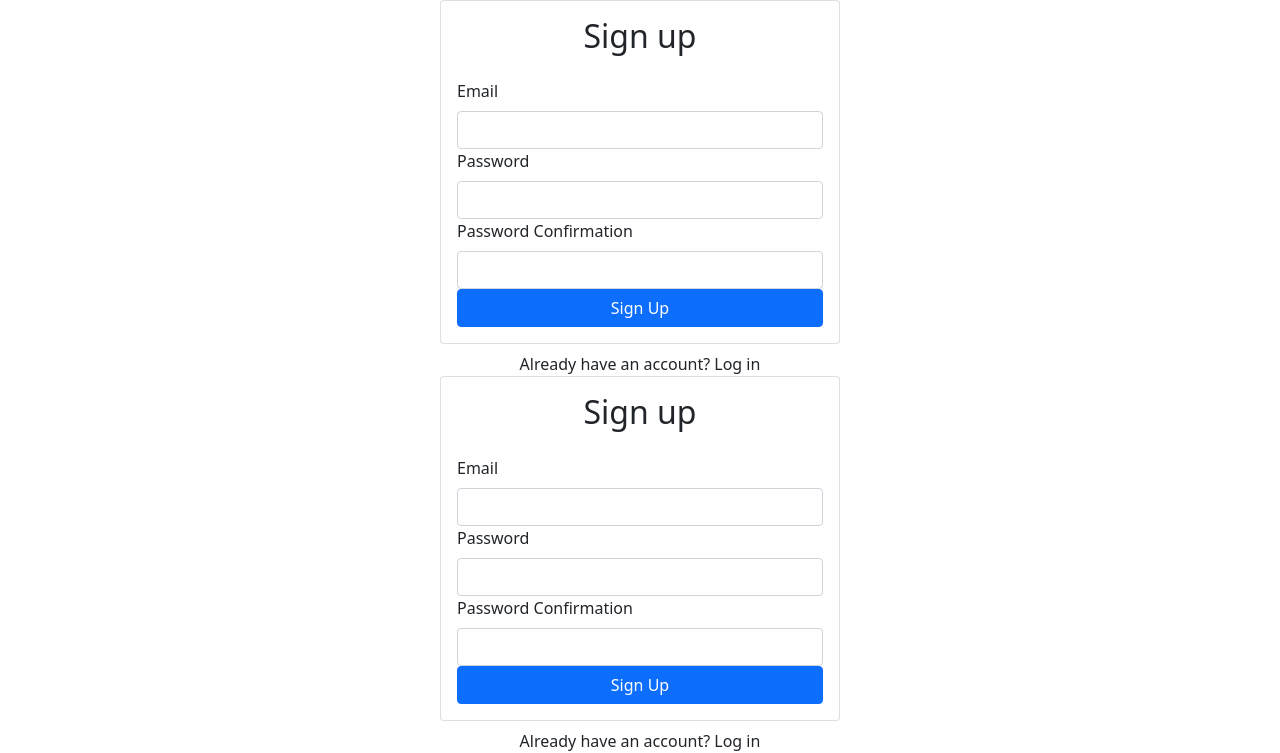
Repository: RickLeinecker/CompositionToday
Page: /login (app in frontend/)
The author's editor kept a copy of each file at every save. The page is drawn from the files as they stood at one save, then again after a run of saves.
The browser window is 1280 px wide. The pictures show the whole page.
The project was rebuilt for these pictures with package versions that can differ from the ones it lists, and the page was loaded fresh each time. Also part of the build but not shown: frontend/src/Dashboard.tsx.

Above is the page before, as saved 2021-11-03 14:12:42.

### frontend/src/App.tsx
import Signup from './Signup'
import "bootstrap/dist/css/bootstrap.min.css";
import { Container } from 'react-bootstrap';
import { AuthProvider } from './contexts/AuthContext';
import { BrowserRouter as Router, Switch, Route} from 'react-router-dom'
import Dashboard from './Dashboard';
import Login from './Login';

function App() {
  return(
    <Container className="d-flex align-items-center
    justify-content-center" style = {{minHeight:"100vh"}}>
      <div className="w-100" style={{maxWidth:"400px"}}>
        <Router>
          <AuthProvider>
            <Switch>
              <Route exact path="/" component={Dashboard}/>
              <Route path="/signup" component={Signup}/>
              <Route path="/login" component={Login}/>
            </Switch>
          </AuthProvider>
        </Router>
        <Signup/>
      </div>
    </Container>
  )
}

export default App

### frontend/src/Signup.tsx
import {useRef, useState} from 'react'
import Form from "react-bootstrap/Form"
import Button from "react-bootstrap/Button"
import Card from "react-bootstrap/Card"
import Alert from "react-bootstrap/Alert"
import { useAuth } from './contexts/AuthContext';

export default function Signup(){

    const [error, setError] = useState<string>("")
    const [loading, setLoading] = useState<boolean>(false)
    const emailRef = useRef<HTMLInputElement>(null);
    const passwordRef = useRef<HTMLInputElement>(null);
    const passwordConfirmRef = useRef<HTMLInputElement>(null);
    const signup = useAuth()

    async function handleSubmit(e: { preventDefault: () => void; }){
        e.preventDefault()

        if(passwordRef.current?.value !== passwordConfirmRef.current?.value){
            return setError("Passwords do not match")
        }
        try{
            setError("")
            setLoading(true)
            await signup(emailRef.current?.value, passwordRef.current?.value)
        } catch {
            setError("Failed to create an account")
        }
        setLoading(false)

    }

    return(
        <>
            <Card>
                <Card.Body>
                    <h2 className = "text-center mb-4">Sign up</h2>
                    {error && <Alert variant ="danger">{error}</Alert>}
                    <Form onSubmit = {handleSubmit}>
                        <Form.Group id = "email">
                            <Form.Label>Email</Form.Label>
                            <Form.Control type = "email" ref={emailRef} required/>
                        </Form.Group>
                        <Form.Group id = "password">
                            <Form.Label>Password</Form.Label>
                            <Form.Control type = "password" ref={passwordRef} required/>
                        </Form.Group>
                        <Form.Group id = "password-confirm">
                            <Form.Label>Password Confirmation</Form.Label>
                            <Form.Control type = "password" ref={passwordConfirmRef} required/>
                        </Form.Group>
                        <Button disabled={loading} className = "w-100" type="submit">
                            Sign Up
                        </Button>
                    </Form>
                </Card.Body>
            </Card>
            <div className="w-100 text-center mt-2">
                Already have an account? Log in
            </div>
        </>
    )
}

### frontend/src/contexts/AuthContext.js
import React, {useContext, useEffect, useState } from 'react'
import {auth} from '../firebase'
import {createUserWithEmailAndPassword} from 'firebase/auth'

const AuthContext = React.createContext();

export function useAuth(){
    return useContext(AuthContext)
}

export function AuthProvider({children}){
    const [currentUser, setCurrentUser] = useState();
    const [loading, setLoading] = useState(true);

    function signup(email, password){
        createUserWithEmailAndPassword(auth, email, password)
    }

    useEffect(() => {
        const unsubscribe = auth.onAuthStateChanged((user) => {
            setCurrentUser(user)
            setLoading(false)
        })

        return unsubscribe
    },[])

    const value = {
        currentUser,
        signup
    }

    return (
        <AuthContext.Provider value={value}>
            {!loading && children}
        </AuthContext.Provider>
    )
}

### frontend/src/Login.tsx
import {useRef, useState} from 'react'
import Form from "react-bootstrap/Form"
import Button from "react-bootstrap/Button"
import Card from "react-bootstrap/Card"
import Alert from "react-bootstrap/Alert"
import { useAuth } from './contexts/AuthContext';

export default function Login(){

    const [error, setError] = useState<string>("")
    const [loading, setLoading] = useState<boolean>(false)
    const emailRef = useRef<HTMLInputElement>(null);
    const passwordRef = useRef<HTMLInputElement>(null);
    const passwordConfirmRef = useRef<HTMLInputElement>(null);
    const signup = useAuth()

    async function handleSubmit(e: { preventDefault: () => void; }){
        e.preventDefault()

        if(passwordRef.current?.value !== passwordConfirmRef.current?.value){
            return setError("Passwords do not match")
        }
        try{
            setError("")
            setLoading(true)
            await signup(emailRef.current?.value, passwordRef.current?.value)
        } catch {
            setError("Failed to create an account")
        }
        setLoading(false)

    }

    return(
        <>
            <Card>
                <Card.Body>
                    <h2 className = "text-center mb-4">Sign up</h2>
                    {error && <Alert variant ="danger">{error}</Alert>}
                    <Form onSubmit = {handleSubmit}>
                        <Form.Group id = "email">
                            <Form.Label>Email</Form.Label>
                            <Form.Control type = "email" ref={emailRef} required/>
                        </Form.Group>
                        <Form.Group id = "password">
                            <Form.Label>Password</Form.Label>
                            <Form.Control type = "password" ref={passwordRef} required/>
                        </Form.Group>
                        <Form.Group id = "password-confirm">
                            <Form.Label>Password Confirmation</Form.Label>
                            <Form.Control type = "password" ref={passwordConfirmRef} required/>
                        </Form.Group>
                        <Button disabled={loading} className = "w-100" type="submit">
                            Sign Up
                        </Button>
                    </Form>
                </Card.Body>
            </Card>
            <div className="w-100 text-center mt-2">
                Already have an account? Log in
            </div>
        </>
    )
}

### frontend/src/firebase.tsx
import { initializeApp } from "firebase/app";
import { getAuth } from "firebase/auth" // New import

const app = initializeApp({
    apiKey: process.env.REACT_APP_FIREBASE_API_KEY,
    authDomain: process.env.REACT_APP_FIREBASE_AUTH_DOMAIN,
    projectId: process.env.REACT_APP_FIREBASE_PROJECT_ID,
    storageBucket: process.env.REACT_APP_FIREBASE_STORAGE_BUCKET,
    messagingSenderId: process.env.REACT_APP_FIREBASE_MESSAGING_SENDER_ID,
    appId: process.env.REACT_APP_FIREBASE_APP_ID,
    measurementId: process.env.REACT_APP_FIREBASE_MEASUREMENT_ID,
})

export const auth = getAuth(app)
export default app

Loaded but not shown: frontend/public/index.html (common file); frontend/src/index.tsx (common file)

After the next 2 saves:
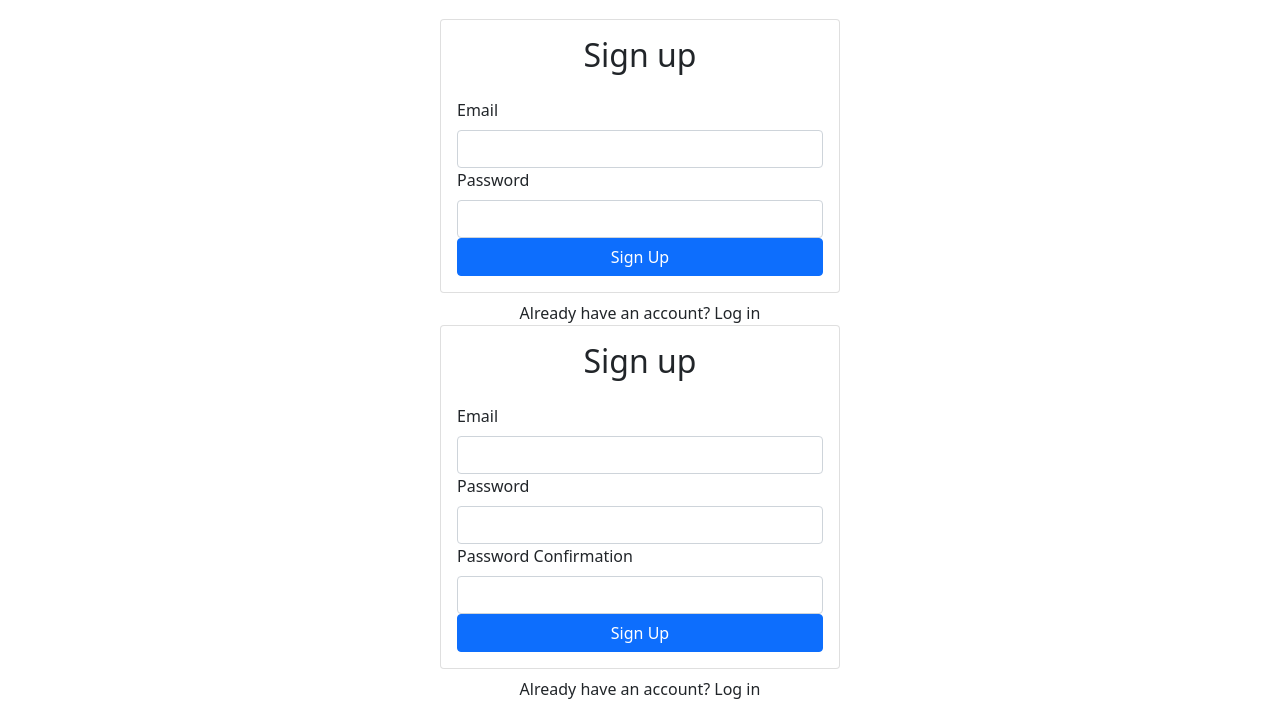
The 2 saves are shown as one change because 1 did not build or start.
The last was saved 38 s later.
--- a/frontend/src/Login.tsx
+++ b/frontend/src/Login.tsx
@@ -11,15 +11,11 @@ export default function Login(){
     const [loading, setLoading] = useState<boolean>(false)
     const emailRef = useRef<HTMLInputElement>(null);
     const passwordRef = useRef<HTMLInputElement>(null);
-    const passwordConfirmRef = useRef<HTMLInputElement>(null);
     const signup = useAuth()
 
     async function handleSubmit(e: { preventDefault: () => void; }){
         e.preventDefault()
 
-        if(passwordRef.current?.value !== passwordConfirmRef.current?.value){
-            return setError("Passwords do not match")
-        }
         try{
             setError("")
             setLoading(true)
@@ -46,10 +42,6 @@ export default function Login(){
                             <Form.Label>Password</Form.Label>
                             <Form.Control type = "password" ref={passwordRef} required/>
                         </Form.Group>
-                        <Form.Group id = "password-confirm">
-                            <Form.Label>Password Confirmation</Form.Label>
-                            <Form.Control type = "password" ref={passwordConfirmRef} required/>
-                        </Form.Group>
                         <Button disabled={loading} className = "w-100" type="submit">
                             Sign Up
                         </Button>
